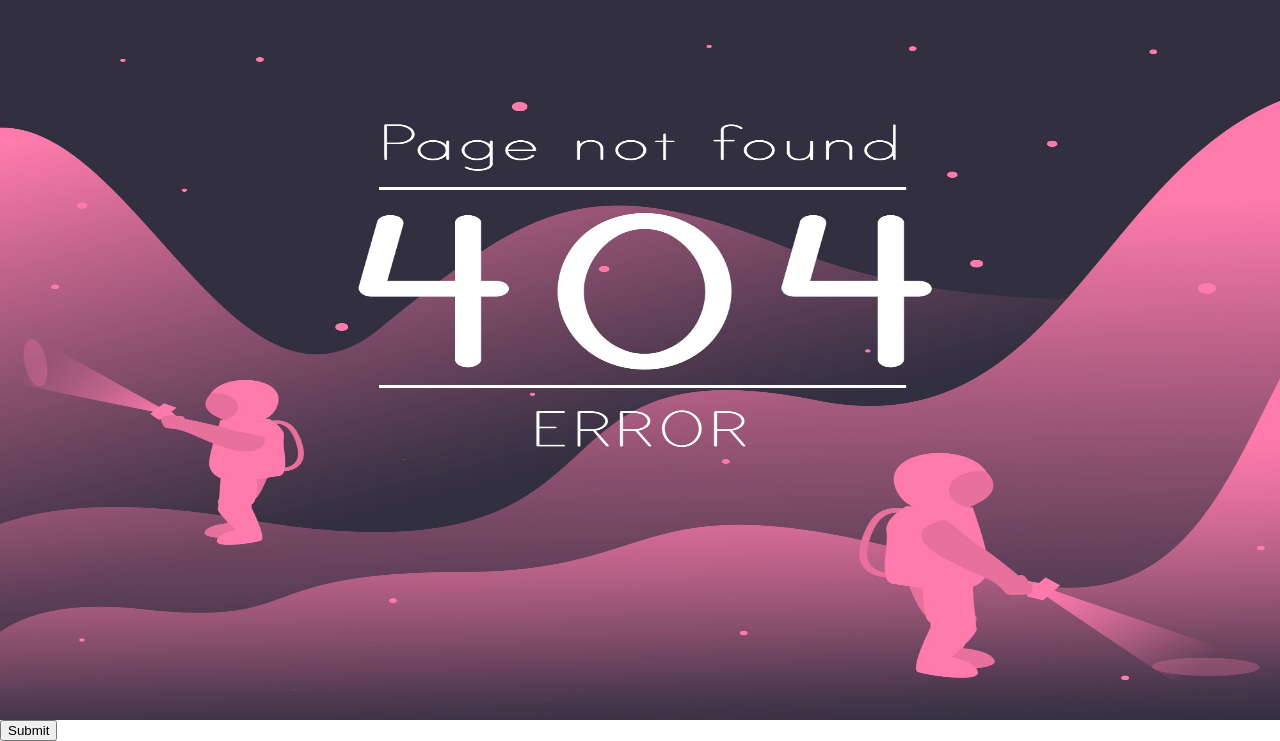
Repository: Diegoms0595/Diego-Final-project2
Page: 404.html
The author's editor kept a copy of each file at every save. The page is drawn from the files as they stood at one save, then again after the next save.
The browser window is 1280 px wide. The pictures show the whole page.

Above is the page before, as saved 2025-06-04 20:27:10.

After the next save:
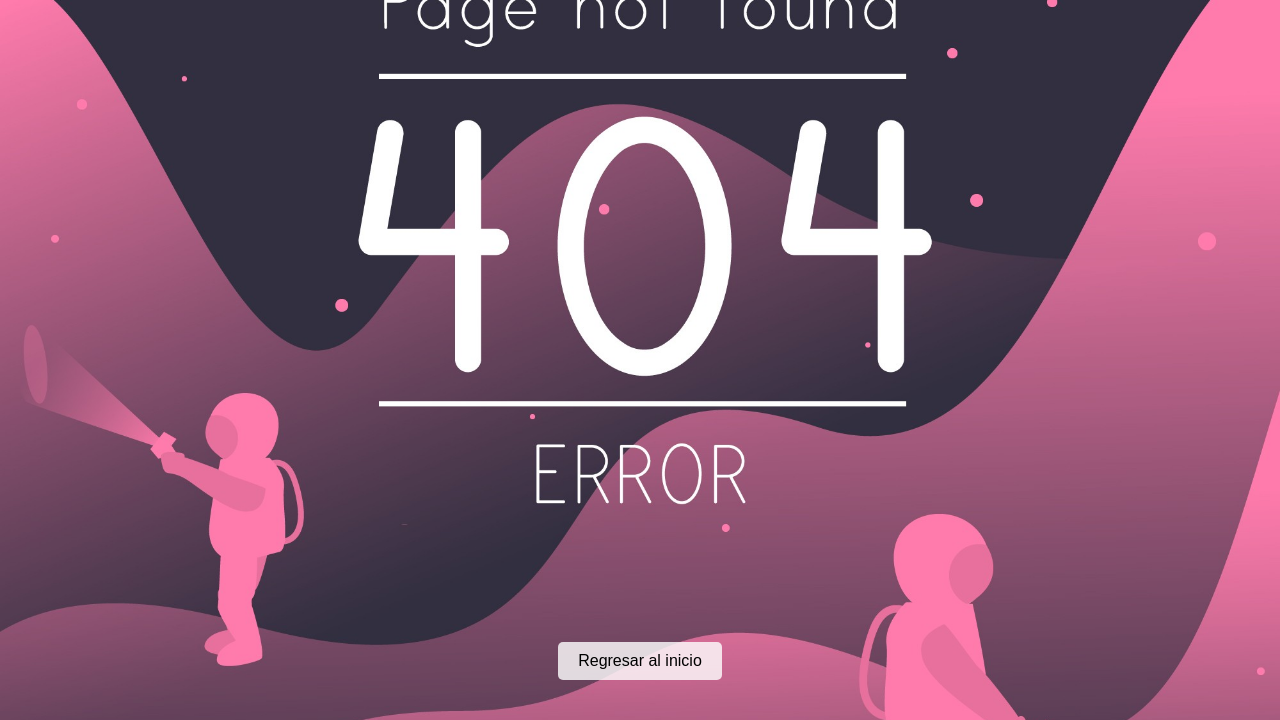
Saved 69 s later.
--- a/404.html
+++ b/404.html
@@ -1,31 +1,50 @@
 <!DOCTYPE html>
 <html lang="en">
 <head>
-    <meta charset="UTF-8">
-    <meta name="viewport" content="width=device-width, initial-scale=1.0">
-    <title>Document</title>
-<head>
+  <meta charset="UTF-8">
+  <meta name="viewport" content="width=device-width, initial-scale=1.0">
+  <title>Document</title>
   <style>
     html, body {
       margin: 0;
       padding: 0;
       height: 100%;
       width: 100%;
+      position: relative;
+      font-family: sans-serif;
     }
     img {
       height: 100vh;
       width: 100vw;
       display: block;
+      object-fit: cover;
+    }
+    .button-container {
+      position: absolute;
+      bottom: 40px;
+      width: 100%;
+      display: flex;
+      justify-content: center;
+    }
+    .back-button {
+      padding: 10px 20px;
+      font-size: 16px;
+      background-color: #ffffffcc;
+      border: none;
+      border-radius: 5px;
+      cursor: pointer;
+      text-decoration: none;
+      color: black;
+    }
+    .back-button:hover {
+      background-color: white;
     }
   </style>
 </head>
 <body>
   <img src="./Assets/404.jpg" alt="404">
-
-     <button type="submit">Submit</button>
-</body>
-
-
-
+  <div class="button-container">
+    <a href="index.html" class="back-button">Regresar al inicio</a>
+  </div>
 </body>
 </html>
